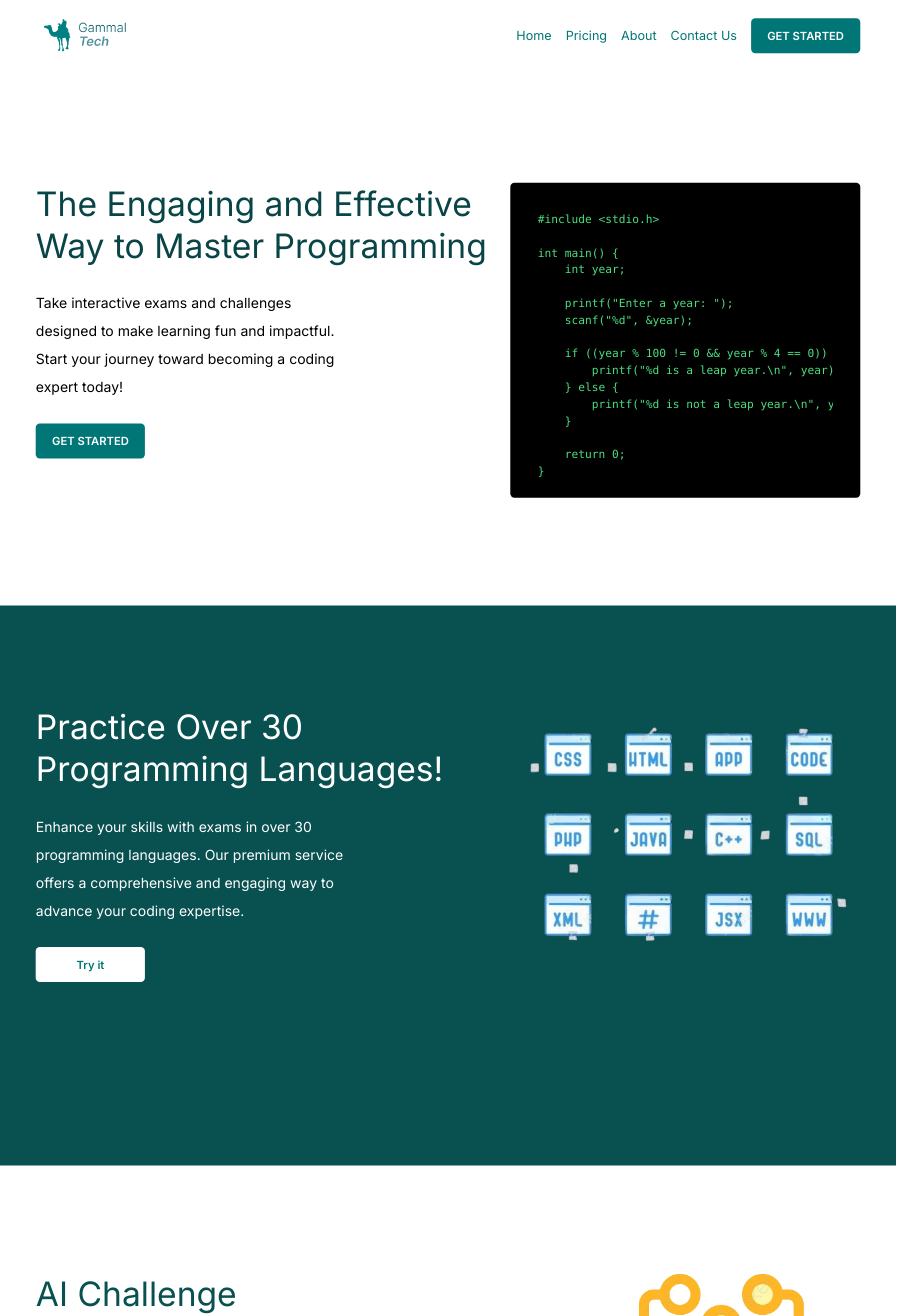
Repository: Ahmed77669/Internship-test
Page: /
These files come from the project's save history. The page is drawn as it stood at one moment and after the next save; the edit follows.
The browser window is 1280 px wide. The page is 1311 px wide, so the pictures cover 1311 px, including what lies to the right of the window. The pictures show the part of the page from y = 0 to 1880 px (the page is 5031 px tall before and 4999 px after), at 70% of full size.
The project was rebuilt for these pictures with package versions that can differ from the ones it lists, and the page was loaded fresh each time. The framework's server and built-in components were replaced by stand-ins that run in the browser. Also part of the build but not shown: next.config.mjs.

Above is the page before, as saved 2024-10-13 23:36:11.

After the next save:
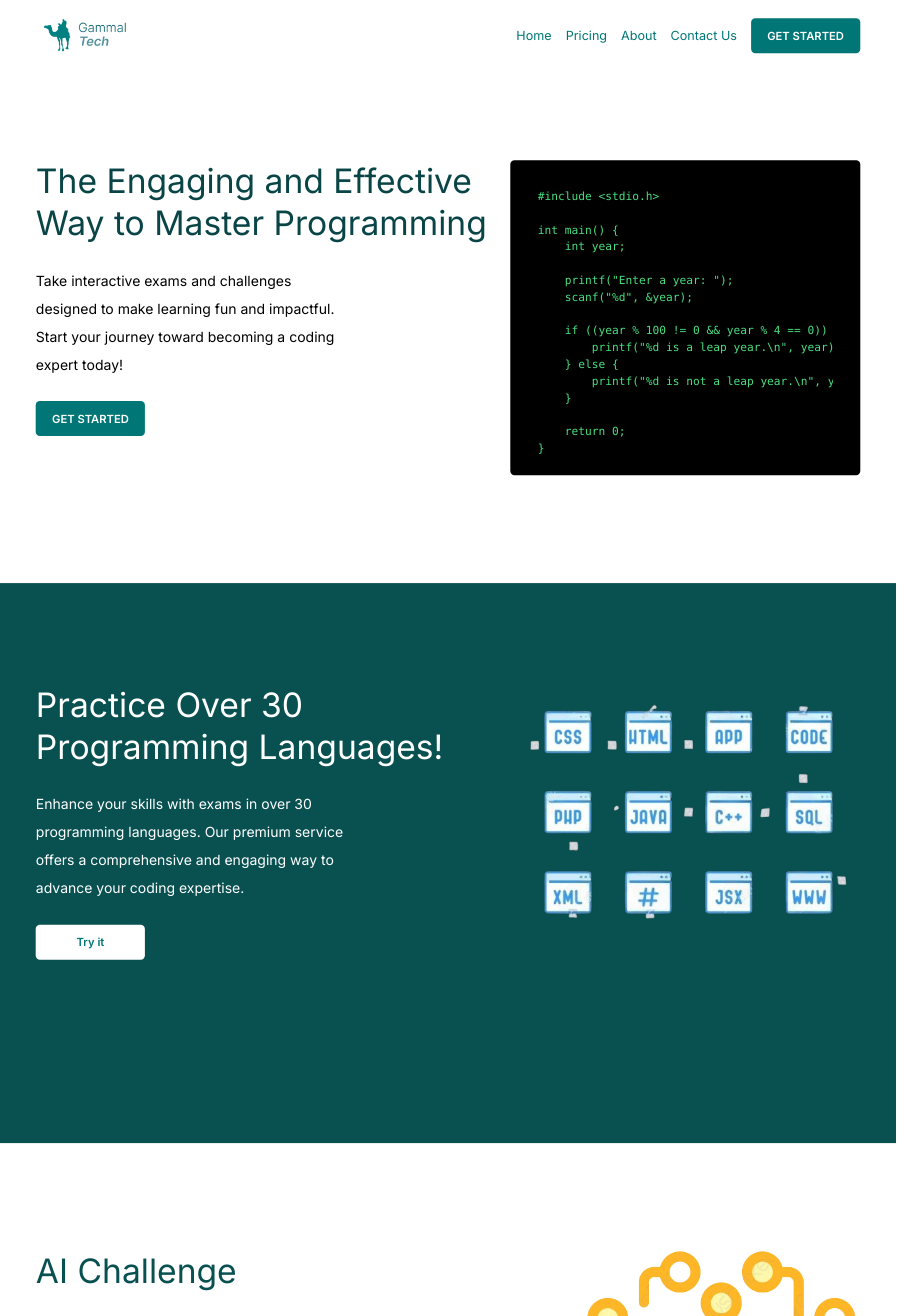
Saved 2 min 18 s later.
--- a/components/Home_1.tsx
+++ b/components/Home_1.tsx
@@ -8,7 +8,7 @@
 
 const Home = () => {
   return (
-    <section className="mt-40">
+    <section className="mt-[10%]">
       <div className="w-[92%] container mx-auto flex flex-col lg:flex-row justify-between flex-wrap">
         <div className="w-full lg:w-[660px] mb-10 lg:mb-0">
           <div className="text-[#094546] text-3xl lg:text-5xl leading-[40px] lg:leading-[60px]">
